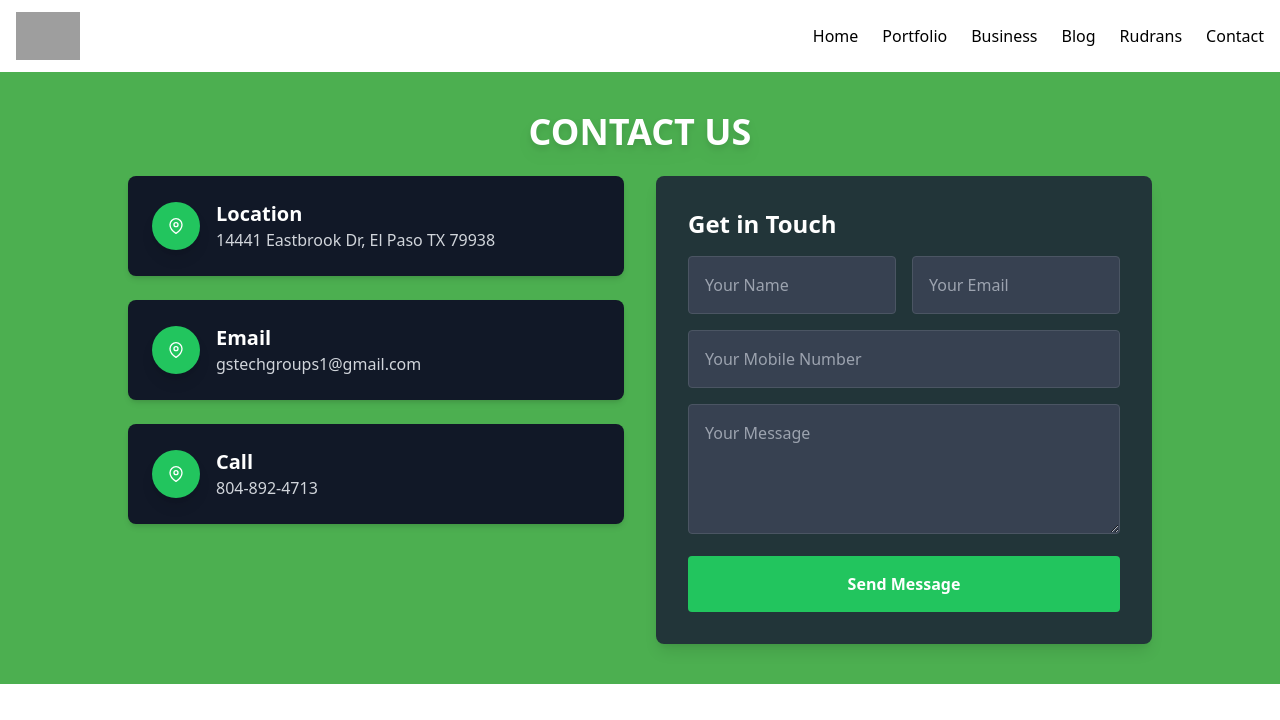
Repository: Rudra-Eswaran/Rudra_Official
Page: /
These files come from the project's save history. The page is drawn as it stood at one moment and after the next save; the edit follows.
The browser window is 1280 px wide. The pictures show the whole page.
Pictures or frames that could not be fetched are drawn as grey boxes. Some web libraries are served in a nearby version. The project was rebuilt for these pictures with package versions that can differ from the ones it lists, and the page was loaded fresh each time. Also part of the build but not shown: vite.config.js.

Above is the page before, as saved 2025-04-15 18:30:16.

After the next save:
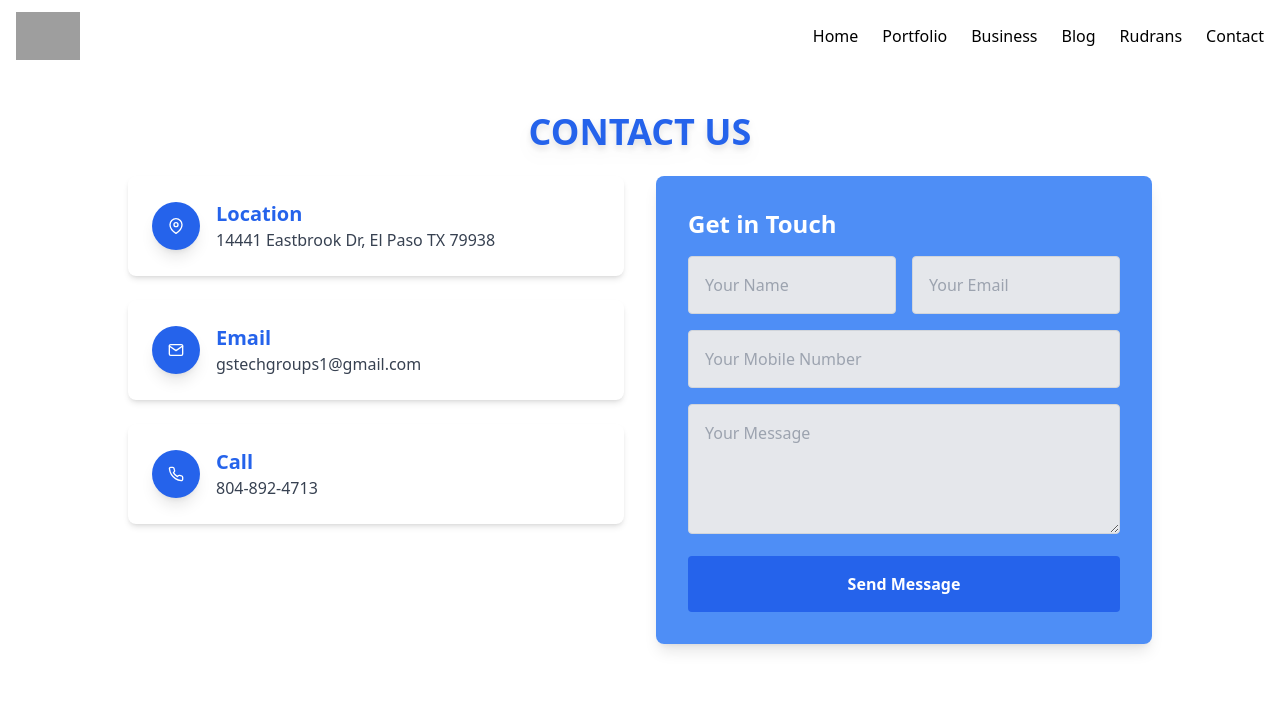
Saved 69 s later.
--- a/src/pages/Contactus.jsx
+++ b/src/pages/Contactus.jsx
@@ -57,9 +57,9 @@ const Contactus = ({ scrollToFooter }) => {
       initial={{ opacity: 0, y: 30 }}
       animate={{ opacity: 1, y: 0 }}
       transition={{ duration: 0.6, ease: "easeOut" }}
-      className="relative text-white py-8 px-4 md:py-10 md:px-6 min-h-screen md:min-h-fit"
+      className="relative text-black py-8 px-4 md:py-10 md:px-6 min-h-screen md:min-h-fit"
       style={{
-        backgroundColor: "#4caf50", // Placeholder background color
+        backgroundColor: "#ffffff", // White background
         backgroundSize: "cover",
         backgroundPosition: "center",
         backgroundRepeat: "no-repeat",
@@ -67,11 +67,11 @@ const Contactus = ({ scrollToFooter }) => {
     >
       <div className="relative container mx-auto max-w-5xl text-center">
         <motion.h2
-          className="text-3xl md:text-4xl font-bold text-white mb-6 uppercase drop-shadow-lg"
+          className="text-3xl md:text-4xl font-bold text-blue-600 mb-6 uppercase drop-shadow-lg"
           initial={{ opacity: 0, y: -20 }}
           animate={{ opacity: 1, y: 0 }}
           transition={{ duration: 0.5 }}
-          whileHover={{ textShadow: "0px 0px 10px rgba(255, 255, 255, 0.8)" }}
+          whileHover={{ textShadow: "0px 0px 10px rgba(0, 123, 255, 0.8)" }}
         >
           Contact Us
         </motion.h2>
@@ -82,7 +82,7 @@ const Contactus = ({ scrollToFooter }) => {
           {Object.keys(CONTACT_INFO).map((key) => (
             <InfoBox
               key={key}
-              icon={<FiMapPin />} // You can change this icon dynamically based on the content
+              icon={key === "location" ? <FiMapPin /> : key === "phone" ? <FiPhone /> : <FiMail />}
               title={CONTACT_INFO[key].title}
               text={CONTACT_INFO[key].text}
               onClick={scrollToFooter}
@@ -90,8 +90,8 @@ const Contactus = ({ scrollToFooter }) => {
           ))}
         </div>
 
-        <div className="bg-gray-800 bg-opacity-90 p-6 md:p-8 rounded-lg shadow-lg">
-          <motion.h3 whileHover={{ scale: 1.05, color: "#22c55e" }} className="text-xl md:text-2xl font-semibold mb-4">
+        <div className="bg-blue-500 bg-opacity-90 p-6 md:p-8 rounded-lg shadow-lg">
+          <motion.h3 whileHover={{ scale: 1.05, color: "#ffffff" }} className="text-xl md:text-2xl font-semibold mb-4 text-white">
             Get in Touch
           </motion.h3>
           <form onSubmit={handleSubmit} className="space-y-4">
@@ -106,7 +106,7 @@ const Contactus = ({ scrollToFooter }) => {
               type="submit"
               disabled={loading}
               className={`w-full p-3 md:p-4 rounded text-white font-semibold transition ${
-                loading ? "bg-gray-500 cursor-not-allowed" : "bg-green-500 hover:bg-green-600"
+                loading ? "bg-gray-500 cursor-not-allowed" : "bg-blue-600 hover:bg-blue-700"
               }`}
             >
               {loading ? BUTTON_LABELS.sending : BUTTON_LABELS.send}
@@ -128,7 +128,7 @@ const Contactus = ({ scrollToFooter }) => {
             >
               <FiX size={20} />
             </button>
-            <h4 className="text-xl font-bold mb-2 text-green-600">{MODAL_MESSAGES.success.title}</h4>
+            <h4 className="text-xl font-bold mb-2 text-blue-600">{MODAL_MESSAGES.success.title}</h4>
             <p>{MODAL_MESSAGES.success.message}</p>
           </motion.div>
         </div>
@@ -140,19 +140,19 @@ const Contactus = ({ scrollToFooter }) => {
 const InfoBox = ({ icon, title, text, onClick }) => (
   <motion.div
     onClick={onClick}
-    className="cursor-pointer bg-gray-900 p-4 md:p-6 rounded-lg flex items-center gap-4 shadow-md transition-transform transform hover:scale-103 hover:shadow-md"
-    whileHover={{ scale: 1.03, boxShadow: "0px 0px 10px rgba(34, 197, 94, 0.4)" }}
+    className="cursor-pointer bg-white p-4 md:p-6 rounded-lg flex items-center gap-4 shadow-md transition-transform transform hover:scale-103 hover:shadow-lg"
+    whileHover={{ scale: 1.03, boxShadow: "0px 0px 10px rgba(0, 123, 255, 0.4)" }}
   >
     <motion.div
-      className="w-12 h-12 flex items-center justify-center rounded-full bg-green-500 text-white shadow-lg"
-      whileHover={{ boxShadow: "0px 0px 15px rgba(34, 197, 94, 1)" }}
+      className="w-12 h-12 flex items-center justify-center rounded-full bg-blue-600 text-white shadow-lg"
+      whileHover={{ boxShadow: "0px 0px 15px rgba(0, 123, 255, 1)" }}
       transition={{ duration: 0.3 }}
     >
       {icon}
     </motion.div>
     <div>
-      <h4 className="text-lg md:text-xl font-semibold">{title}</h4>
-      <p className="text-gray-300">{text}</p>
+      <h4 className="text-lg md:text-xl font-semibold text-blue-600">{title}</h4>
+      <p className="text-gray-700">{text}</p>
     </div>
   </motion.div>
 );
@@ -166,7 +166,7 @@ const InputField = ({ type, name, placeholder, value, handleChange }) => (
     required
     value={value}
     onChange={handleChange}
-    className="w-full p-3 md:p-4 rounded bg-gray-700 border border-gray-600 focus:border-green-400 transition"
+    className="w-full p-3 md:p-4 rounded bg-gray-200 border border-gray-300 focus:border-blue-500 transition"
   />
 );
 
@@ -179,7 +179,7 @@ const TextAreaField = ({ name, placeholder, value, handleChange }) => (
     rows="4"
     value={value}
     onChange={handleChange}
-    className="w-full p-3 md:p-4 rounded bg-gray-700 border border-gray-600 focus:border-green-400 transition"
+    className="w-full p-3 md:p-4 rounded bg-gray-200 border border-gray-300 focus:border-blue-500 transition"
   />
 );
 
